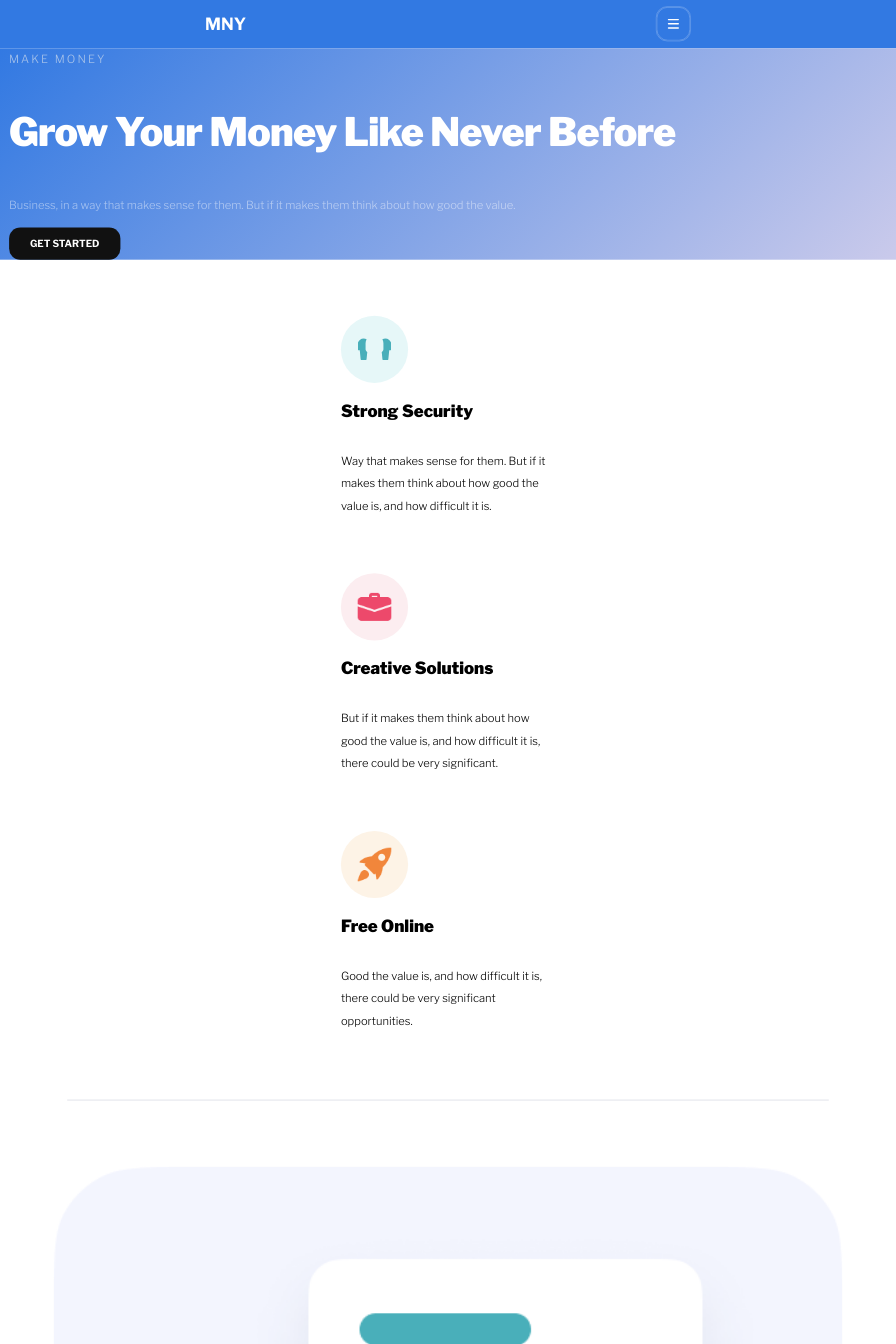
Repository: adryelfelipe/frontend-prova
Page: prova-figma/Prova/index.html
These files come from the project's save history. The page is drawn as it stood at one moment and after the next save; the edit follows.
The browser window is 1280 px wide. The pictures show the part of the page from y = 0 to 1920 px (the page is 3840 px tall), at 70% of full size.

Above is the page before, as saved 2026-06-22 19:13:02.

### prova-figma/Prova/index.html
<!DOCTYPE html>
<html lang="en">
<head>
    <meta charset="UTF-8">
    <meta name="viewport" content="width=device-width, initial-scale=1.0">
    <link rel="stylesheet" href="style/variaveis.css">
    <link rel="stylesheet" href="./style/style.css">
    <title>Document</title>
</head>
<body>
    <header>
        <h2>MNY</h2>

        <nav>
            <p>About</p>
            <p>Features</p>
            <p>Services</p>
            <p>Pricing</p>
            <p>Blog</p>
        </nav>

        <button>CONTACT</button>

        <img src="./assets/icon/hamburguer.svg" alt="">
    </header>
    <main>
        <section class="hero">
            <article class="hero-first-article">
                <h3 class="subtitle-base hero-subtitle">MAKE MONEY</h3>
                <h1 class="title-base hero-title">Grow Your Money Like Never Before</h1>
                <p class="paragraph hero-paragraph">Business, in a way that makes sense for them. But if it makes them think about how good the value.</p>
                <button class="hero-button">GET STARTED</button>
            </article>
            <article class="hero-second-article">
                <!-- <img class src="assets/img/homem-terno.png" alt=""> -->
            </article>
        </section>

        <section class="service">
            <div class="service-container">
                <article class="service-card">
                    <div class="bg-icon-fly">
                        <img src="./assets/icon/icon1-fly-section2.svg" class="icon-fly" alt="">
                    </div>

                    <h3 class="subtitle-tertiary">Strong Security</h3>
                    <p class="paragraph">Way that makes sense for them. But if it makes them think about how good the value is, and how difficult it is.</p>
                </article>

                <article class="service-card">
                    <div class="bg-icon-backpack">
                        <img src="./assets/icon/icon2-backpack-section2.png" class="icon-backpack" alt="">
                    </div>

                    <h3 class="subtitle-tertiary">Creative Solutions</h3>
                    <p class="paragraph">But if it makes them think about how good the value is, and how difficult it is, there could be very significant.</p>
                </article>

                <article class="service-card">
                    <div class="bg-icon-rocket">
                        <img src="./assets/icon/icon3-rocket-section2.png" class="icon-rocket" alt="">
                    </div>

                    <h3 class="subtitle-tertiary">Free Online</h3>
                    <p class="paragraph">Good the value is, and how difficult it is, there could be very significant opportunities.</p>
                </article>
            </div>

            <div class="service-container-line">

            </div>

            <img src="./assets/img/infos-section2.png" class="service-img" alt="">

            <article>
                <h3>SERVICE</h3>
                <h2>Exclusive Service</h2>

                <div>
                    <div class="bg-icon-correct">
                        <img src="./assets/icon/correct-icon-section2.png" class="icon-correct" alt="">
                    </div>

                    <p>Business, in a way that makes sense for them</p>
                </div>

                <div>
                    <div class="bg-icon-correct">
                        <img src="./assets/icon/correct-icon-section2.png" class="icon-correct" alt="">
                    </div>

                    <p>Makes them think about how good</p>
                </div>

                <div>
                    <div class="bg-icon-correct">
                        <img src="./assets/icon/correct-icon-section2.png" class="icon-correct" alt="">
                    </div>

                    <p>Value is, and how difficult it is</p>
                </div>

                <button>LEARN MORE</button>
            </article>
        </section>
        <section class="our-company">
            <article class="company-first-article">
                <h3 class="subtitle-base company-subtitle">ABOUT OUR COMPANY</h3>
                <h2 class="subtitle-secondary">Giving Future To Your Investment</h2>
                <p class="company-paragraph">Business, in a way that makes sense for them. But if it makes them think about.</p>
                <p class="paragraph company-paragraph-second">But if it makes them think about how good the value is, and how difficult it is, there could be very significant opportunities—it could be really expensive for them.</p>
                <button class="company-button">ABOUT US</button>
            </article>
            <article class="company-second-article">
                <img src="assets/img/our-company.png" alt="">
            </article>
        </section>
    </main>
</body>
</html>

### prova-figma/Prova/style/variaveis.css
@import url('https://fonts.googleapis.com/css2?family=Libre+Franklin:ital,wght@0,100..900;1,100..900&display=swap');

:root {
    --primary-color: #FFFFFF;
    --header-icon-border-color: rgba(255, 255, 255, 0.3);
    --bg-color: rgba(50, 121, 226, 1);

    --subtitle: rgba(170, 196, 234, 1);

    --normal-line: rgba(213, 214, 225, 1);

    /*Icons Session 2*/
    --bg-icon-fly: rgba(230, 247, 248, 1);
    --bg-icon-backpack: rgba(252, 237, 240, 1);
    --bg-icon-rocket: rgba(253, 243, 230, 1);
    --bg-icon-correct: rgba(50, 121, 226, 1);

    --icon-fly-color: rgba(73, 175, 186, 1);
    --icon-backpack-color: rgba(237, 73, 107, 1);
    --icon-rocket-color: rgba(241, 134, 59, 1);
    --icon-correct-color: rgba(255, 255, 255, 1)
}

.title-base{
    font-family: 'Libre Franklin';
    font-weight: 900;
    font-size: 3.5rem;
    line-height: 64px;
    letter-spacing: -1px;
}

.subtitle-base{
    margin: 0;
    font-family: 'Libre Franklin';
    font-weight: 300;
    font-size: 1rem;
    line-height: 32px;
    letter-spacing: 3px;
    text-transform: uppercase;
}

.subtitle-secondary{
    font-family: 'Libre Franklin';
    font-weight: 900;
    font-size: 2.5rem;
    line-height: 48px;
    letter-spacing: 0px;
}

.subtitle-tertiary{
    font-family: Libre Franklin;
    font-weight: 900;
    font-size: 24px;
    line-height: 32px;
    letter-spacing: 0px;
}

.paragraph{
    font-family: 'Libre Franklin';
    font-weight: 300;
    font-size: 1rem;
    line-height: 32px;
    letter-spacing: 0px;
}

### prova-figma/Prova/style/style.css
body{
    font-family:"Libre Franklin";
    margin: 0px;
}

/* HEADER */
header{
    display: flex;
    justify-content: space-around;
    align-items: center;
    background-color: var(--bg-color);
}

header nav{
    display: none;
}

header button{
    display: none;
}

header img {
    border: solid 1px var(--header-icon-border-color);
    border-radius: 16px;
}

header h2 {
    color: var(--primary-color);
}


/* SECTION HERO */
.hero{
    background: linear-gradient(135deg, #3279E2 0%, #CACAEB 100%);
    margin-bottom: 80px;
}

.hero-first-article{
    width: 98%;                     /*OBSERVAÇÃO IMPORTANTE EM QUESTÃO          DO POSICIONAMENTO E FIDELIDADE AO FIGMA*/
    justify-self: center;           /*O POSICIONAMENTO FOI ALTERADO POIS, EMBORA A TIPOGRAFIA TENHA SIDO COPIADA EXTRITAMENTE SEMLHANTE AO FIGMA OS TAMANHOS E POSICIONAMENTOS DA TELA NA RESOLUÇÃO MÍNIMA INDICADA NÃO DARIAM CERTO*/
}

.hero-subtitle{
    color: var(--subtitle);
}

.hero-title{
    color: var(--primary-color);
}

.hero-paragraph{
    color: rgba(255, 255, 255, 0.5);
}

.hero-button{
    background-color: rgba(17, 17, 17, 1);
    color: var(--primary-color);
    padding: 16px 30px;
    font-family: Libre Franklin;
    font-weight: 700;
    font-size: 14px;
    line-height: 100%;
    letter-spacing: 0px;
    text-align: center;
    text-transform: uppercase;
    border: none;
    border-radius: 16px;
}

/* .hero-second-article{
    width: 405px;
    height: 80%;
}

.image{
    object-fit: cover;

} */

/* SECTION SERVICE */
.service {
    display: flex;
    flex-direction: column;
    align-items: center;
}

.service-container {
    display: flex;
    flex-direction: column;
    gap: 64px;
}

.service-container-line {
    height: 1px;
    background-color: var(--normal-line);
    width: 85vw;
    justify-self: center;
    margin-top: 80px;
    margin-bottom: 95px;
}

.service-img {
    justify-self: center;
    width: 88vw;
    height: 88vw;
}

.service-card {
    display: flex;
    flex-direction: column;
}

.service-card p {
    width: 306px;
}

.bg-icon-fly {
    display: flex;
    justify-content: center;
    align-items: center;
    border-radius: 100px;
    width: 6rem;
    height: 6rem;
    background-color: var(--bg-icon-fly)
}

.icon-fly {
    height: 2rem;
    width: 3rem;
}

.bg-icon-backpack {
    display: flex;
    justify-content: center;
    align-items: center;
    border-radius: 100px;
    width: 6rem;
    height: 6rem;
    background-color: var(--bg-icon-backpack)
}

.icon-backpack {
    height: 2,5rem;
    width: 3rem;
}

.bg-icon-rocket {
    display: flex;
    justify-content: center;
    align-items: center;
    border-radius: 100px;
    width: 6rem;
    height: 6rem;
    background-color: var(--bg-icon-rocket)
}

.icon-rocket {
    height: 3rem;
    width: 3rem;
}

.bg-icon-correct {
    display: flex;
    justify-content: center;
    align-items: center;
    border-radius: 100px;
    width: 2rem;
    height: 2rem;
    background-color: var(--bg-icon-rocket)
}

.icon-correct {
    width: 1rem;
    height: 0,8rem;
}

/* SECTION OUR COMPANY */

.our-company{
    background-color: rgba(236, 241, 250, 1);
}

.company-subtitle{
    color: rgba(50, 121, 226, 1);
}

.company-paragraph{
    font-family: Libre Franklin;
    font-weight: 300;
    font-size: 20px;
    line-height: 32px;
    letter-spacing: 0px;
    width: 90%;
}

.company-button{
    background-color: transparent;
    color: rgba(50, 121, 226, 1);
    padding: 16px 30px;
    font-family: Libre Franklin;
    font-weight: 700;
    font-size: 14px;
    line-height: 100%;
    letter-spacing: 0px;
    text-align: center;
    text-transform: uppercase;
    border: 1px solid rgba(50, 121, 226, 0.3);
    border-radius: 16px;
}

.company-paragraph-second{
    color: rgba(51, 51, 51, 0.75);
    width: 90%;
}

.company-first-article{
    width: 98%;
    justify-self: center;
}

.company-second-article{
    justify-self: center;
}

After the next save:
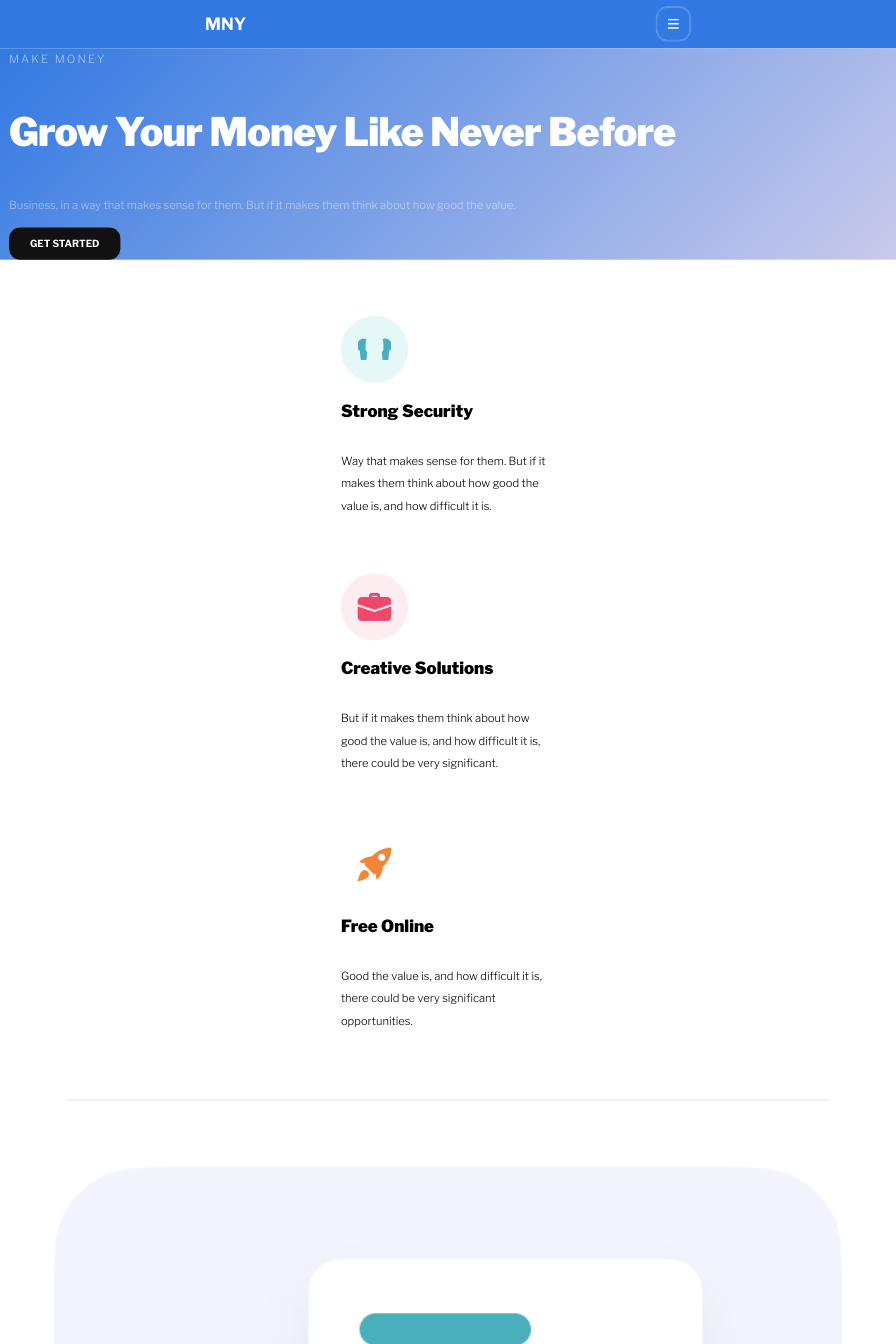
Saved 8 s later.
--- a/prova-figma/Prova/style/style.css
+++ b/prova-figma/Prova/style/style.css
@@ -151,7 +151,7 @@
     border-radius: 100px;
     width: 6rem;
     height: 6rem;
-    background-color: var(--bg-icon-rocket)
+    background-color: var(-)
 }
 
 .icon-rocket {

After the 2 saves that followed:
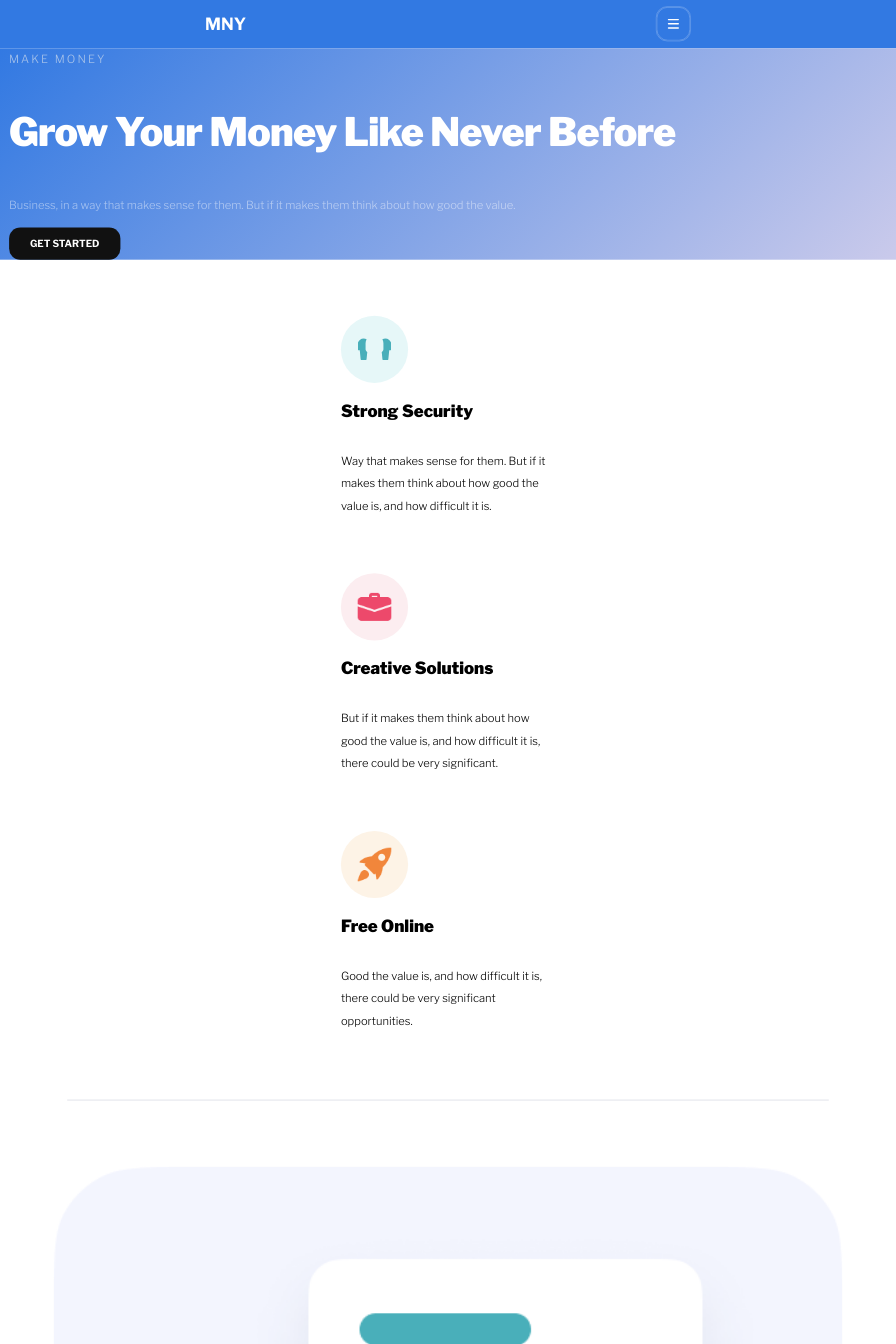
The 2 saves are shown as one change because they came seconds apart.
The last was saved 6 s later.
--- a/prova-figma/Prova/style/style.css
+++ b/prova-figma/Prova/style/style.css
@@ -151,7 +151,7 @@
     border-radius: 100px;
     width: 6rem;
     height: 6rem;
-    background-color: var(-)
+    background-color: var(--bg-icon-rocket)
 }
 
 .icon-rocket {
